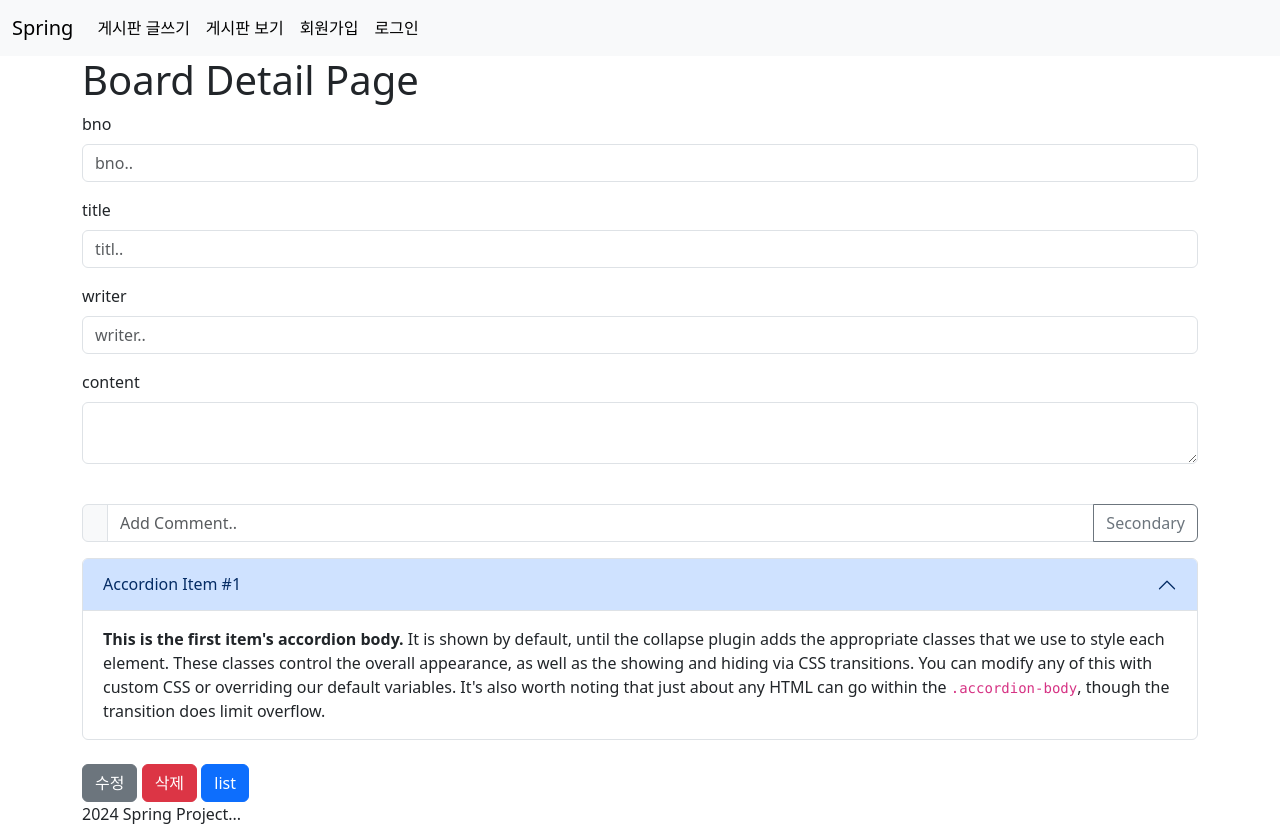
Repository: dlfhrrl12/springtest
Page: http://localhost/spring_study/WEB-INF/views/board/detail.jsp
An editor plug-in stored every save of this project. The page is shown before and after the next save, followed by the edit.
The browser window is 1280 px wide. The pictures show the whole page.
The page is served by Tomcat 9. Nobody is signed in. The template is opened directly, without the code that normally fills it, so the values that code supplies are empty.

Above is the page before, as saved 2024-04-26 02:47:16.

After the next save:
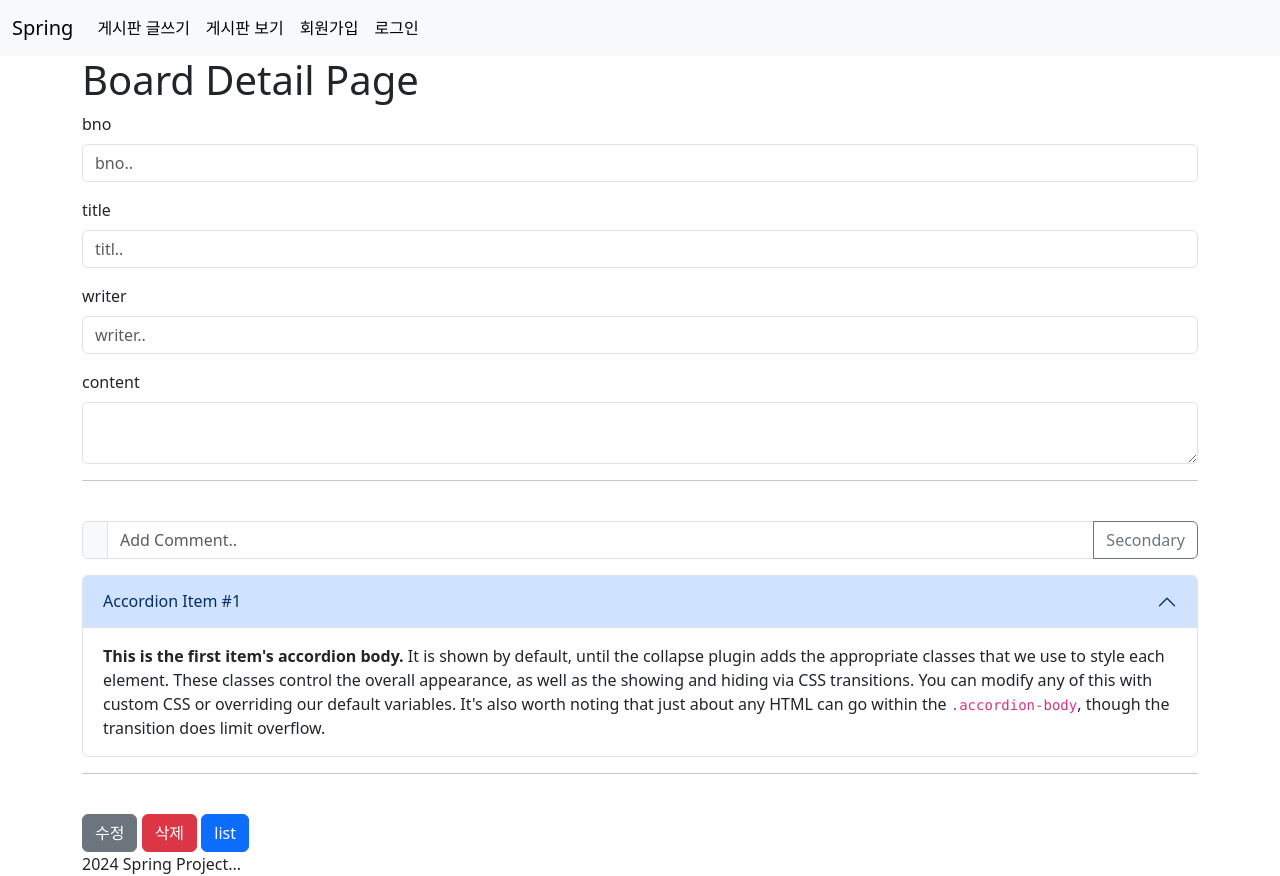
Saved 23 s later.
--- a/spring_study/src/main/webapp/WEB-INF/views/board/detail.jsp
+++ b/spring_study/src/main/webapp/WEB-INF/views/board/detail.jsp
@@ -21,6 +21,7 @@
 			  <textarea class="form-control" id="c" name="content" readonly="readonly" aria-label="With textarea">${bvo.content }</textarea>
 			</div>
 
+			<hr>
 			<br>
 			<!-- Comment line -->
 			<!-- 댓글 등록 라인 -->
@@ -46,6 +47,7 @@
 			  </div>
 			</div>
 
+			<hr>
 			<br>
 
 			<a href="/board/modify?bno=${bvo.bno }"><button type="button" class="btn btn-secondary">수정</button></a>
